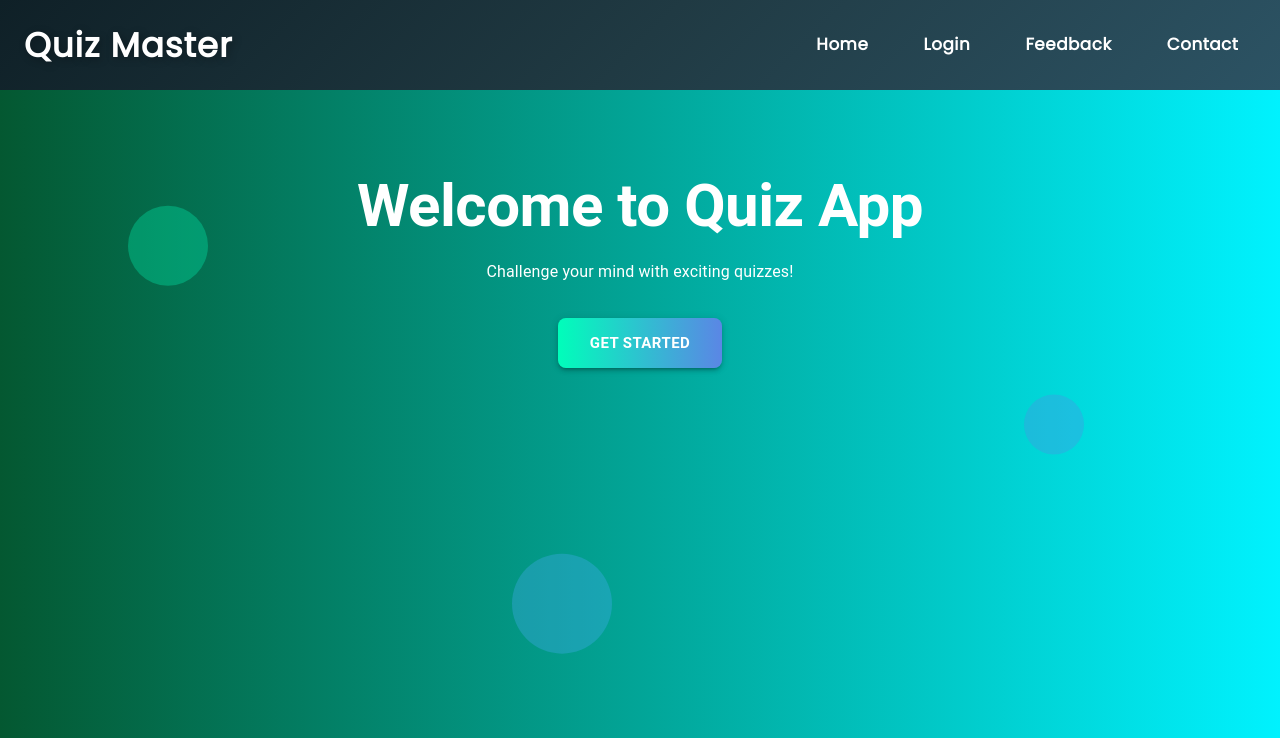
Repository: lalit9168/quizApp
Page: / (app in frontend/)
These files come from the project's save history. The page is drawn as it stood at one moment and after the next save; the edit follows.
The browser window is 1280 px wide. The pictures show the whole page.
The project was rebuilt for these pictures with package versions that can differ from the ones it lists, and the page was loaded fresh each time. Also part of the build but not shown: frontend/vite.config.js, frontend/src/index.css, frontend/src/Components/Login/Login.jsx, frontend/src/Components/Home/Home.jsx, frontend/src/Components/PrivateRoute.jsx, frontend/src/Components/api.js, frontend/src/Components/Quiz/QuizPage.jsx, frontend/src/Components/Quiz/QuizDash.jsx and 7 more.

Above is the page before, as saved 2025-06-09 11:33:18.

### frontend/index.html
<!doctype html>
<html lang="en">
  <head>
    <meta charset="UTF-8" />
    <link rel="icon" type="image/svg+xml" href="/vite.svg" />
    <meta name="viewport" content="width=device-width, initial-scale=1.0" />
    <title>Vite + React</title>
  </head>
  <body>
    <div id="root"></div>
    <script type="module" src="/src/main.jsx"></script>
    <link
  href="https://cdn.jsdelivr.net/npm/bootstrap@5.3.0/dist/css/bootstrap.min.css"
  rel="stylesheet"
/>
  </body>
</html>

### frontend/src/App.jsx
import { BrowserRouter, Routes, Route } from 'react-router-dom';
import {
  LoginPage,
  HomePage,
  QuizPage,
  PrivateRoute,
  QuizDash,
  AttemptQuiz,
  CreateGuestQuiz,
  GuestQuizEntry,
  GuestAttemptQuiz,
} from './Components/exports';
import AdminSubmissions from './Components/Quiz/AdminSubmissions';

// ✅ New pages for landing and static content
import Hero from './Components/LandingPage/Hero';
import Contact from './Components/LandingPage/Contact';
import Feedback from './Components/LandingPage/Feedback';

function App() {
  return (
    <BrowserRouter>
      <Routes>

        {/* ✅ Landing Page - default entry */}
        <Route path="/" element={<Hero />} />

        {/* ✅ Auth routes */}
        <Route path="/login" element={<LoginPage />} />
        <Route path="/register" element={<LoginPage />} />

        {/* ✅ Protected Home */}
        <Route path="/home" element={<HomePage />} />

        {/* ✅ Admin Routes */}
        <Route
          path="/quiz"
          element={
            <PrivateRoute allowedRoles={['admin']}>
              <QuizPage />
            </PrivateRoute>
          }
        />
        <Route path="/quizdash" element={<QuizDash />} />
        <Route
          path="/admin/submissions"
          element={
            <PrivateRoute allowedRoles={['admin']}>
              <AdminSubmissions />
            </PrivateRoute>
          }
        />
        <Route
          path="/create-guest"
          element={
            <PrivateRoute allowedRoles={['admin']}>
              <CreateGuestQuiz />
            </PrivateRoute>
          }
        />

        {/* ✅ Guest & User Quiz Attempt Routes */}
        <Route path="/attempt/:code" element={<AttemptQuiz />} />
        <Route path="/guest-quiz-entry" element={<GuestQuizEntry />} />
        <Route path="/guest-attempt/:quizCode" element={<GuestAttemptQuiz />} />

        {/* ✅ Static Info Pages */}
        <Route path="/contact" element={<Contact />} />
        <Route path="/feedback" element={<Feedback />} />

      </Routes>
    </BrowserRouter>
  );
}

export default App;

### frontend/src/Components/exports.js
import LoginPage from "./Login/Login";
import HomePage from "./Home/Home";
import PrivateRoute from "./PrivateRoute";
import QuizPage from "./Quiz/QuizPage";
import QuizDash from "./Quiz/QuizDash";
import AttemptQuiz from "./Quiz/AttemptQuiz";
import CreateGuestQuiz from "./Guest/CreateGuestQuiz";
import GuestQuizEntry from "./Guest/GuestQuizEntry";
import GuestAttemptQuiz from "./Guest/GuestAttemptQuiz";

export {
    LoginPage,
    HomePage,
    PrivateRoute,
    QuizPage,
    QuizDash,
    AttemptQuiz,
    CreateGuestQuiz,
    GuestQuizEntry,
    GuestAttemptQuiz,
}

### frontend/src/Components/LandingPage/Hero.jsx
import React, { useState } from "react";
import { Box, Typography, Button } from "@mui/material";
import { motion } from "framer-motion";
import Navbar from "../Layout/Navbar";
import LoginModal from "../Auth/LoginModal";

const Hero = () => {
  const [showModal, setShowModal] = useState(false);

  return (
    <>
      <Navbar openLogin={() => setShowModal(true)} />

      <Box
        sx={{
          position: "relative",
          minHeight: "90vh",
          px: 2,
          py: 10,
          textAlign: "center",
          background: "linear-gradient(to right,rgb(4, 88, 49), #00f2fe)",
          color: "#fff",
          overflow: "hidden",
        }}
      >
        {/* Decorative bubbles */}
        <Box sx={{ position: "absolute", top: 0, left: 0, width: "100%", height: "100%", zIndex: 0, pointerEvents: "none" }}>
          <motion.div
            className="bubble"
            style={bubbleStyle("#00feba", 80, "20%", "10%")}
            animate={{ y: [0, -20, 0] }}
            transition={{ duration: 8, repeat: Infinity, ease: "easeInOut" }}
          />
          <motion.div
            className="bubble"
            style={bubbleStyle("#5b86e5", 60, "50%", "80%")}
            animate={{ y: [0, -20, 0] }}
            transition={{ duration: 8, repeat: Infinity, ease: "easeInOut", delay: 1 }}
          />
          <motion.div
            className="bubble"
            style={bubbleStyle("#4facfe", 100, "auto", "40%", "10%")}
            animate={{ y: [0, -20, 0] }}
            transition={{ duration: 8, repeat: Infinity, ease: "easeInOut", delay: 2 }}
          />
        </Box>

        <Box sx={{ position: "relative", zIndex: 1 }}>
          <Typography variant="h2" fontWeight={700}>
            Welcome to Quiz App
          </Typography>
          <Typography variant="subtitle1" mt={2}>
            Challenge your mind with exciting quizzes!
          </Typography>

          <Button
            variant="contained"
            size="large"
            sx={{
              mt: 4,
              px: 4,
              py: 1.5,
              fontWeight: "bold",
              borderRadius: 2,
              background: "linear-gradient(to right, #00feba, #5b86e5)",
              boxShadow: 3,
              color: "#fff",
              ":hover": {
                background: "linear-gradient(to right, #5b86e5,rgb(180, 196, 37))",
              },
            }}
            onClick={() => setShowModal(true)}
          >
            Get Started
          </Button>


        </Box>
      </Box>

      <LoginModal open={showModal} handleClose={() => setShowModal(false)} />
    </>
  );
};

const bubbleStyle = (color, size, top = "auto", left = "auto", bottom = "auto") => ({
  width: size,
  height: size,
  backgroundColor: color,
  borderRadius: "50%",
  opacity: 0.3,
  position: "absolute",
  top,
  left,
  bottom,
});

export default Hero;

### frontend/src/Components/Layout/Navbar.jsx
import React, { useState } from "react";
import { Link } from "react-router-dom";
import LoginModal from "../Auth/LoginModal";
import {
  AppBar,
  Toolbar,
  Typography,
  Button,
  Box,
  Slide,
} from "@mui/material";
import "@fontsource/poppins"; // Make sure this is installed using: npm install @fontsource/poppins

const Navbar = () => {
  const [showModal, setShowModal] = useState(false);

  return (
    <>
      <Slide direction="down" in={true} mountOnEnter unmountOnExit>
        <AppBar position="static" sx={styles.appbar}>
          <Toolbar sx={styles.toolbar}>
            <Typography variant="h4" sx={styles.title}>
               Quiz Master
            </Typography>

            <Box sx={styles.linkContainer}>
              <Button component={Link} to="/" sx={styles.linkButton}>
                Home
              </Button>
              <Button onClick={() => setShowModal(true)} sx={styles.linkButton}>
                Login
              </Button>
              <Button component={Link} to="/feedback" sx={styles.linkButton}>
                Feedback
              </Button>
              <Button component={Link} to="/contact" sx={styles.linkButton}>
                Contact
              </Button>
            </Box>
          </Toolbar>
        </AppBar>
      </Slide>

      <LoginModal open={showModal} handleClose={() => setShowModal(false)} />
    </>
  );
};

const styles = {
  appbar: {
    background: "linear-gradient(135deg, #0f2027, #203a43, #2c5364)",
    boxShadow: "0 6px 20px rgba(0,0,0,0.3)",
    height: "90px",
    justifyContent: "center",
    zIndex: 1100,
  },
  toolbar: {
    display: "flex",
    justifyContent: "space-between",
    alignItems: "center",
    height: "100%",
    px: 3,
  },
  title: {
    fontWeight: 700,
    fontFamily: "Poppins, sans-serif",
    color: "#ffffff",
    textShadow: "2px 2px 8px rgba(0,0,0,0.3)",
    letterSpacing: "1px",
  },
  linkContainer: {
    display: "flex",
    gap: 2.5,
  },
  linkButton: {
    color: "#fff",
    fontWeight: 600,
    fontSize: "1.05rem",
    fontFamily: "Poppins, sans-serif",
    letterSpacing: "0.5px",
    padding: "0.6rem 1.1rem",
    textTransform: "none",
    borderRadius: "8px",
    transition: "all 0.3s ease-in-out",
    "&:hover": {
      backgroundColor: "rgba(255, 255, 255, 0.15)",
      transform: "scale(1.05)",
      boxShadow: "0 6px 12px rgba(0,0,0,0.2)",
    },
  },
};

export default Navbar;

### frontend/src/Components/Auth/LoginModal.jsx
import React, { useState } from "react";
import {
  Box, Paper, TextField, Button, Typography,
  IconButton, Checkbox, FormControlLabel, Fade, Modal
} from "@mui/material";
import StarsIcon from "@mui/icons-material/Stars";
import axios from "axios";
import { useNavigate } from "react-router-dom";

function LoginModal({ open, handleClose }) {
  const navigate = useNavigate();
  const [isRegister, setIsRegister] = useState(false);
  const [formData, setFormData] = useState({
    email: "",
    password: "",
    role: "user",
  });

  const handleChange = (e) => {
    const { name, value, type, checked } = e.target;
    setFormData((prev) => ({
      ...prev,
      [name]: type === "checkbox" ? (checked ? "admin" : "user") : value,
    }));
  };

  const handleSubmit = async () => {
    const url = isRegister
      ? "http://localhost:5001/api/register"
      : "http://localhost:5001/api/login";

    try {
      const res = await axios.post(url, formData);
      if (!isRegister) {
        localStorage.setItem("token", res.data.token);
        localStorage.setItem("role", res.data.role);
        handleClose();
        navigate("/home");
      } else {
        alert("Registered successfully! Please log in.");
        setIsRegister(false);
      }
    } catch (err) {
      alert(err.response?.data?.error || "Something went wrong");
    }
  };

  return (
    <Modal open={open} onClose={handleClose}>
      <Box
        display="flex"
        justifyContent="center"
        alignItems="center"
        height="100vh"
      >
        <Fade in={open} timeout={600}>
          <Paper
            elevation={8}
            sx={{
              backdropFilter: "blur(16px)",
              background: "rgba(255, 255, 255, 0.05)",
              border: "1px solid rgba(255,255,255,0.15)",
              padding: 5,
              borderRadius: 4,
              maxWidth: 400,
              width: "90%",
              color: "#fff",
            }}
          >
            <Box textAlign="center" mb={3}>
              <IconButton
                sx={{
                  background: "linear-gradient(45deg, #00feba, #5b86e5)",
                  color: "#fff",
                  width: 60,
                  height: 60,
                  borderRadius: "50%",
                  boxShadow: "0 0 20px #00feba",
                }}
              >
                <StarsIcon fontSize="large" />
              </IconButton>
              <Typography variant="h5" mt={2} fontWeight="bold">
                {isRegister ? "Create an Account" : "Welcome to Quizz!"}
              </Typography>
            </Box>

            <TextField
              fullWidth
              label="Email"
              variant="filled"
              name="email"
              value={formData.email}
              onChange={handleChange}
              sx={{
                mb: 2,
                input: { color: "white" },
                "& .MuiFilledInput-root": {
                  backgroundColor: "rgba(255,255,255,0.1)",
                  borderRadius: 1,
                },
              }}
            />
            <TextField
              fullWidth
              label="Password"
              type="password"
              variant="filled"
              name="password"
              value={formData.password}
              onChange={handleChange}
              sx={{
                mb: 2,
                input: { color: "white" },
                "& .MuiFilledInput-root": {
                  backgroundColor: "rgba(255,255,255,0.1)",
                  borderRadius: 1,
                },
              }}
            />

            {isRegister && (
              <FormControlLabel
                control={
                  <Checkbox
                    checked={formData.role === "admin"}
                    onChange={handleChange}
                    name="role"
                    sx={{ color: "#00feba" }}
                  />
                }
                label="Register as Admin"
                sx={{ color: "#fff", mb: 2 }}
              />
            )}

            <Button
              fullWidth
              variant="contained"
              onClick={handleSubmit}
              sx={{
                background: "linear-gradient(to right, #00feba, #5b86e5)",
                color: "#000",
                fontWeight: "bold",
                boxShadow: "0 0 10px #00feba",
                mb: 2,
                ":hover": {
                  background: "linear-gradient(to right, #5b86e5, #00feba)",
                  transform: "scale(1.02)",
                },
              }}
            >
              {isRegister ? "Register" : "Log In"}
            </Button>

            <Typography align="center" variant="body2" sx={{ color: "#ccc" }}>
              {isRegister ? (
                <>
                  Already have an account?{" "}
                  <Button
                    onClick={() => setIsRegister(false)}
                    sx={{ color: "#00feba", textTransform: "none" }}
                  >
                    Log In
                  </Button>
                </>
              ) : (
                <>
                  Don’t have an account?{" "}
                  <Button
                    onClick={() => setIsRegister(true)}
                    sx={{ color: "#5b86e5", textTransform: "none" }}
                  >
                    Register
                  </Button>
                </>
              )}
            </Typography>
          </Paper>
        </Fade>
      </Box>
    </Modal>
  );
}

export default LoginModal;

Loaded but not shown: frontend/src/main.jsx (common file)

After the next save:
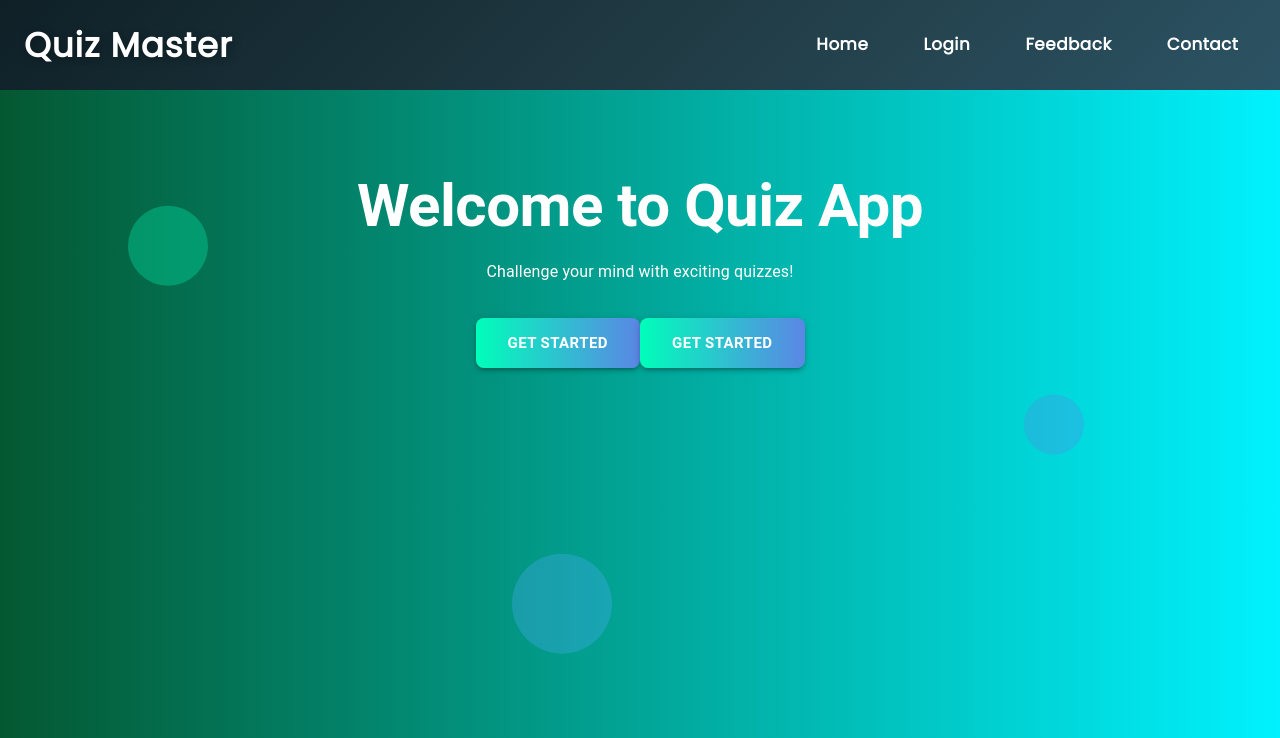
Saved 40 s later.
--- a/frontend/src/Components/LandingPage/Hero.jsx
+++ b/frontend/src/Components/LandingPage/Hero.jsx
@@ -74,7 +74,26 @@ const Hero = () => {
             Get Started
           </Button>
 
-
+          <Button
+      variant="contained"
+      size="large"
+      sx={{
+        mt: 4,
+        px: 4,
+        py: 1.5,
+        fontWeight: "bold",
+        borderRadius: 2,
+        background: "linear-gradient(to right, #00feba, #5b86e5)",
+        boxShadow: 3,
+        color: "#fff",
+        ":hover": {
+          background: "linear-gradient(to right, #5b86e5,rgb(180, 196, 37))",
+        },
+      }}
+      onClick={() => navigate("/your-target-path")}
+    >
+      Get Started
+    </Button>
         </Box>
       </Box>
 
